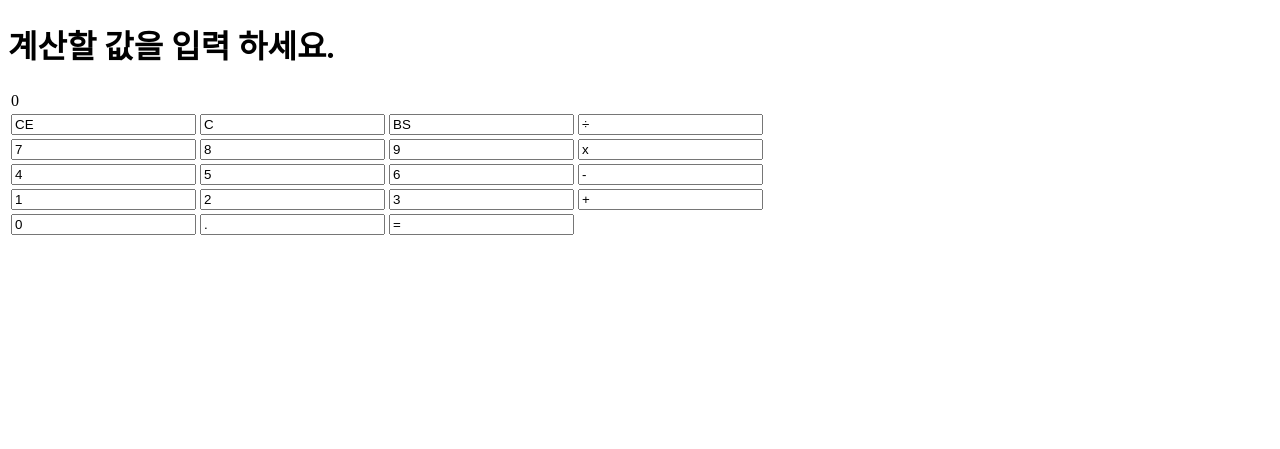
Repository: soyamilk0705/spring-newlecture
Page: ServeltAndJsp/JSPPrj/WebContent/calc3.html
The author's editor kept a copy of each file at every save. The page is drawn from the files as they stood at one save, then again after the next save.
The browser window is 1280 px wide. The pictures show the whole page.

Above is the page before, as saved 2024-01-13 12:57:42.

### ServeltAndJsp/JSPPrj/WebContent/calc3.html
<!DOCTYPE html>
<html>
<head>
<meta charset="UTF-8">
<title>Insert title here</title>
</head>
<body>
	<h1>계산할 값을 입력 하세요.</h1>
	<form action="/calc3" method="post">
		<table>
			<tr>
				<td colspan="4">0</td>
			</tr>
			<tr>
				<td><input type="" name="" value="CE" /></td>
				<td><input type="" name="" value="C" /></td>
				<td><input type="" name="" value="BS" /></td>
				<td><input type="" name="" value="÷" /></td>
			</tr>
			<tr>
				<td><input type="" name="" value="7" /></td>
				<td><input type="" name="" value="8" /></td>
				<td><input type="" name="" value="9" /></td>
				<td><input type="" name="" value="x" /></td>
			</tr>
			<tr>
				<td><input type="" name="" value="4" /></td>
				<td><input type="" name="" value="5" /></td>
				<td><input type="" name="" value="6" /></td>
				<td><input type="" name="" value="-" /></td>
			</tr>
			<tr>
				<td><input type="" name="" value="1" /></td>
				<td><input type="" name="" value="2" /></td>
				<td><input type="" name="" value="3" /></td>
				<td><input type="" name="" value="+" /></td>
			</tr>
			<tr>
				<td><input type="" name="" value="0" /></td>
				<td><input type="" name="" value="." /></td>
				<td><input type="" name="" value="=" /></td>
			</tr>
		</table>
	</form>
</body>
</html>

After the next save:
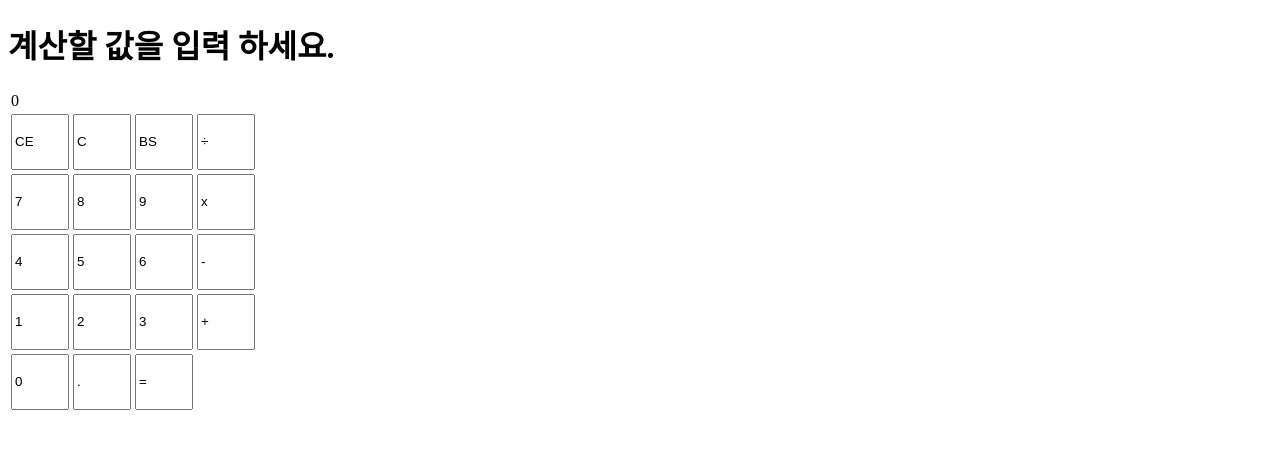
Saved 29 s later.
--- a/ServeltAndJsp/JSPPrj/WebContent/calc3.html
+++ b/ServeltAndJsp/JSPPrj/WebContent/calc3.html
@@ -3,6 +3,12 @@
 <head>
 <meta charset="UTF-8">
 <title>Insert title here</title>
+<style>
+	input{
+		width: 50px;
+		height: 50px;
+	}
+</style>
 </head>
 <body>
 	<h1>계산할 값을 입력 하세요.</h1>
